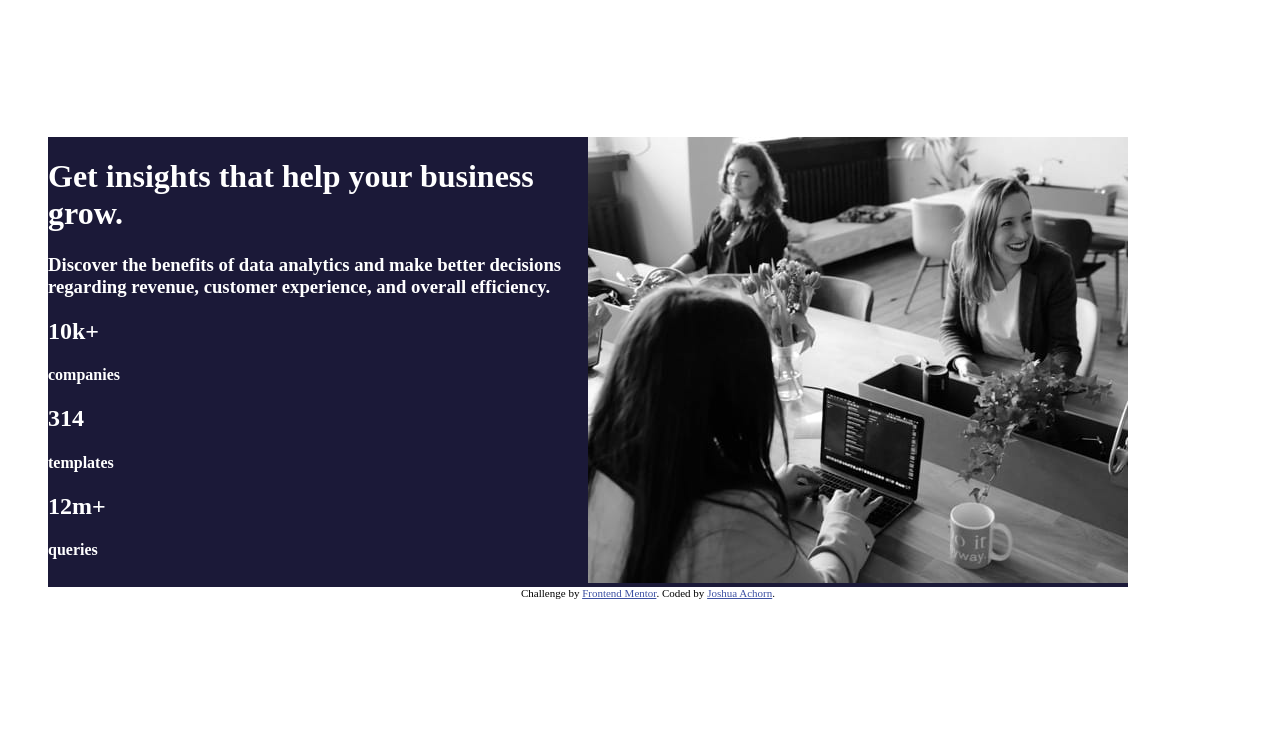
Repository: Achorn/stats-preview-card
Page: index.html
An editor plug-in stored every save of this project. The page is shown before and after the next save, followed by the edit.
The browser window is 1280 px wide. The page is 1288 px wide, so the pictures cover 1288 px, including what lies to the right of the window. The pictures show the whole page.

Above is the page before, as saved 2021-06-16 17:24:32.

### index.html
<!DOCTYPE html>
<html lang="en">
  <head>
    <meta charset="UTF-8" />
    <meta name="viewport" content="width=device-width, initial-scale=1.0" />
    <!-- displays site properly based on user's device -->
    <link rel="stylesheet" href="styles.css" />
    <link
      rel="icon"
      type="image/png"
      sizes="32x32"
      href="./images/favicon-32x32.png"
    />

    <title>Frontend Mentor | Stats preview card component</title>

    <!-- Feel free to remove these styles or customise in your own stylesheet 👍 -->
    <style>
      .attribution {
        font-size: 11px;
        text-align: center;
      }
      .attribution a {
        color: hsl(228, 45%, 44%);
      }
    </style>
  </head>
  <body>
    <div id="page-content">
      <div id="card-container">
        <div id="text-container">
          <div id="title-container">
            <h1 id="title">Get insights that help your business grow.</h1>
            <h3>
              Discover the benefits of data analytics and make better decisions
              regarding revenue, customer experience, and overall efficiency.
            </h3>
          </div>

          <div id="desc-container">
            <div id="desc">
              <h2>10k+</h2>
              <h4>companies</h4>
            </div>
            <div id="desc">
              <h2>314</h2>
              <h4>templates</h4>
            </div>
            <div id="desc">
              <h2>12m+</h2>
              <h4>queries</h4>
            </div>
          </div>
        </div>
        <div id="img-container">
          <img id="stat-image" src="/images/image-header-desktop.jpg" alt="" />
        </div>
      </div>
      <div class="attribution">
        Challenge by
        <a href="https://www.frontendmentor.io?ref=challenge" target="_blank"
          >Frontend Mentor</a
        >. Coded by <a href="#">Joshua Achorn</a>.
      </div>
    </div>
  </body>
</html>

### styles.css
body {
  width: 100%;
  background-color: white;
  /* background-color: hsl(233, 47%, 7%); */
  height: 100vh;
  display: flex;
  justify-content: center;
  align-items: center;
}

#card-container {
  width: 90%;
  max-width: 1200px;
  color: white;
  background-color: hsl(244, 38%, 16%);
  display: flex;
}

@media screen and (max-width: 1000px) {
  body {
    background-color: lightblue;
  }
  #card-container {
    width: 90%;

    flex-direction: column-reverse;
  }
}

After the next save:
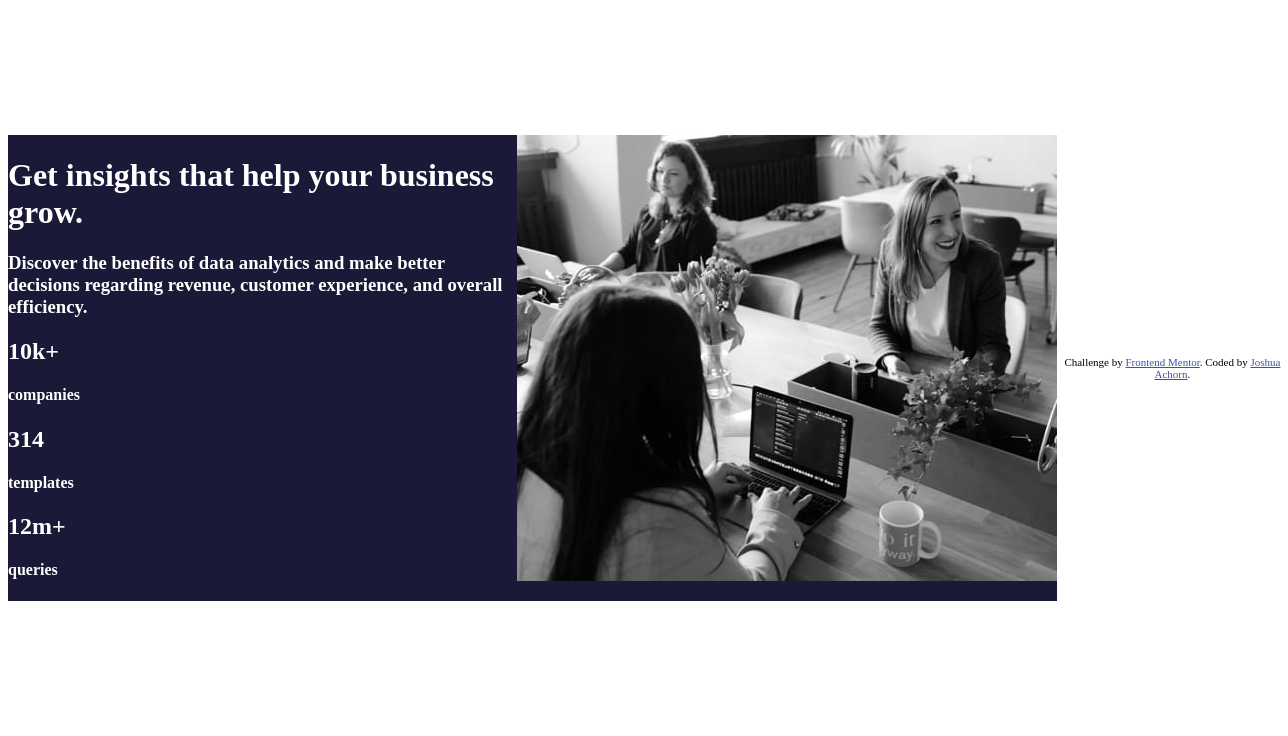
Saved 37 s later.
--- a/index.html
+++ b/index.html
@@ -26,42 +26,42 @@
     </style>
   </head>
   <body>
-    <div id="page-content">
-      <div id="card-container">
-        <div id="text-container">
-          <div id="title-container">
-            <h1 id="title">Get insights that help your business grow.</h1>
-            <h3>
-              Discover the benefits of data analytics and make better decisions
-              regarding revenue, customer experience, and overall efficiency.
-            </h3>
+    <!-- <div id="page-content"> -->
+    <div id="card-container">
+      <div id="text-container">
+        <div id="title-container">
+          <h1 id="title">Get insights that help your business grow.</h1>
+          <h3>
+            Discover the benefits of data analytics and make better decisions
+            regarding revenue, customer experience, and overall efficiency.
+          </h3>
+        </div>
+
+        <div id="desc-container">
+          <div id="desc">
+            <h2>10k+</h2>
+            <h4>companies</h4>
           </div>
-
-          <div id="desc-container">
-            <div id="desc">
-              <h2>10k+</h2>
-              <h4>companies</h4>
-            </div>
-            <div id="desc">
-              <h2>314</h2>
-              <h4>templates</h4>
-            </div>
-            <div id="desc">
-              <h2>12m+</h2>
-              <h4>queries</h4>
-            </div>
+          <div id="desc">
+            <h2>314</h2>
+            <h4>templates</h4>
+          </div>
+          <div id="desc">
+            <h2>12m+</h2>
+            <h4>queries</h4>
           </div>
         </div>
-        <div id="img-container">
-          <img id="stat-image" src="/images/image-header-desktop.jpg" alt="" />
-        </div>
       </div>
-      <div class="attribution">
-        Challenge by
-        <a href="https://www.frontendmentor.io?ref=challenge" target="_blank"
-          >Frontend Mentor</a
-        >. Coded by <a href="#">Joshua Achorn</a>.
+      <div id="img-container">
+        <img id="stat-image" src="/images/image-header-desktop.jpg" alt="" />
       </div>
     </div>
+    <div class="attribution">
+      Challenge by
+      <a href="https://www.frontendmentor.io?ref=challenge" target="_blank"
+        >Frontend Mentor</a
+      >. Coded by <a href="#">Joshua Achorn</a>.
+    </div>
+    <!-- </div> -->
   </body>
 </html>
